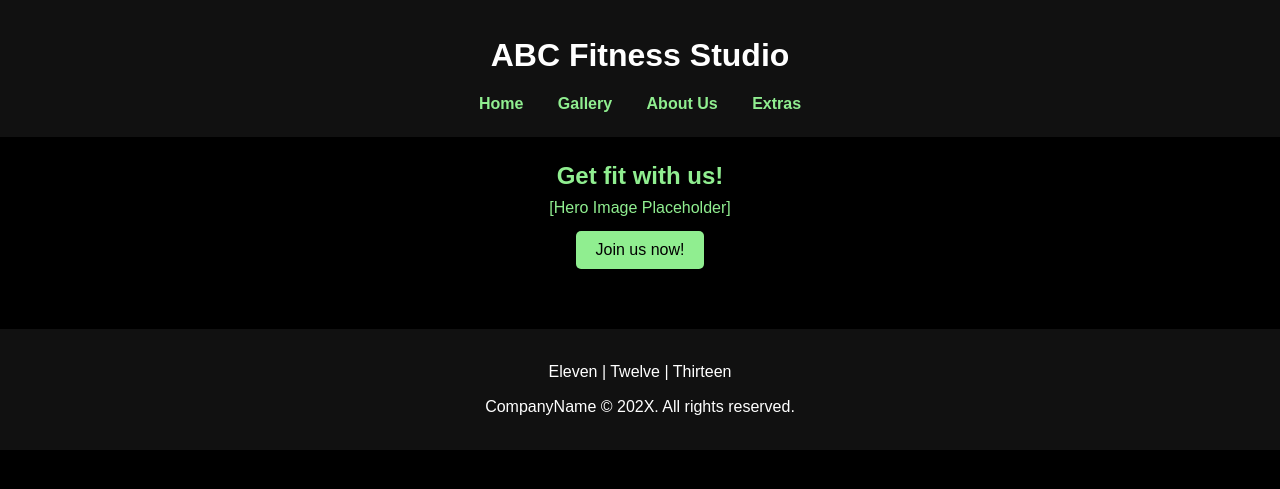
Repository: OhrRafaeloff/Web-Development-Project---ABC-Fitness-Studios
Page: index.html
These files come from the project's save history. The page is drawn as it stood at one moment and after the next save; the edit follows.
The browser window is 1280 px wide. The pictures show the whole page.

Above is the page before, as saved 2025-04-24 09:35:10.

### index.html
<!DOCTYPE html>
<html lang="en">
  <head>
    <meta charset="UTF-8" />
    <title>ABC Fitness Studio</title>
    <link rel="stylesheet" href="style.css" />
  </head>
  <body>
    <header>
      <h1>ABC Fitness Studio</h1>
      <nav>
        <a href="index.html">Home</a>
        <a href="gallery.html">Gallery</a>
        <a href="about-contact.html">About Us</a>
        <a href="extras.html">Extras</a>
      </nav>
    </header>

    <main>
      <section>
        <h2>Get fit with us!</h2>
        <p>[Hero Image Placeholder]</p>
        <button>Join us now!</button>
      </section>
    </main>

    <footer>
      <p>Eleven | Twelve | Thirteen</p>
      <p>CompanyName © 202X. All rights reserved.</p>
    </footer>
  </body>
</html>

<!-- Repeat similar structure for other pages, just changing the content inside <main> and <title> -->

### style.css
/* style.css — ABC Fitness Studio */

/* General Reset & Base Styles */
* {
  box-sizing: border-box;
  margin: 0;
  padding: 0;
}

body {
  font-family: Arial, sans-serif;
  background-color: #000;
  color: #90ee90;
  line-height: 1.6;
}

/* Header and Footer Styling */
header,
footer {
  background-color: #111;
  color: white;
  text-align: center;
  padding: 20px;
}

header h1,
footer p {
  margin: 10px 0;
}

/* Navigation Styling */
nav a {
  color: #90ee90;
  margin: 0 15px;
  text-decoration: none;
  font-weight: bold;
}

nav a:hover {
  text-decoration: underline;
}

/* Main Content Styling */
main {
  padding: 20px;
  text-align: center;
}

section {
  margin-bottom: 40px;
}

/* Buttons */
button {
  background-color: #90ee90;
  color: black;
  padding: 10px 20px;
  border: none;
  border-radius: 5px;
  font-size: 1rem;
  cursor: pointer;
  margin-top: 10px;
}

button:hover {
  background-color: #76d376;
}

/* Images */
img {
  width: 100%;
  max-width: 250px;
  height: auto;
  display: block;
  margin: 0 auto 10px;
  border: 2px solid #333;
}

/* Tables (Gallery Page) */
table {
  width: 100%;
  border-spacing: 20px;
  margin: 0 auto;
}

td {
  text-align: center;
}

/* Forms (About/Contact Page) */
form {
  max-width: 500px;
  margin: 0 auto;
  text-align: left;
}

label {
  display: block;
  margin-top: 10px;
  font-weight: bold;
}

input,
textarea {
  width: 100%;
  padding: 10px;
  margin-top: 5px;
  margin-bottom: 15px;
  border: 1px solid #ccc;
  border-radius: 4px;
  font-size: 1rem;
}

textarea {
  resize: vertical;
}

/* Blockquotes (Testimonials) */
blockquote {
  font-style: italic;
  margin: 20px auto;
  max-width: 600px;
  padding: 15px;
  background-color: #222;
  border-left: 5px solid #90ee90;
  color: #ccc;
}

Loaded but not shown: script.js (no stored copy; drawn as an empty file)

After the next save:
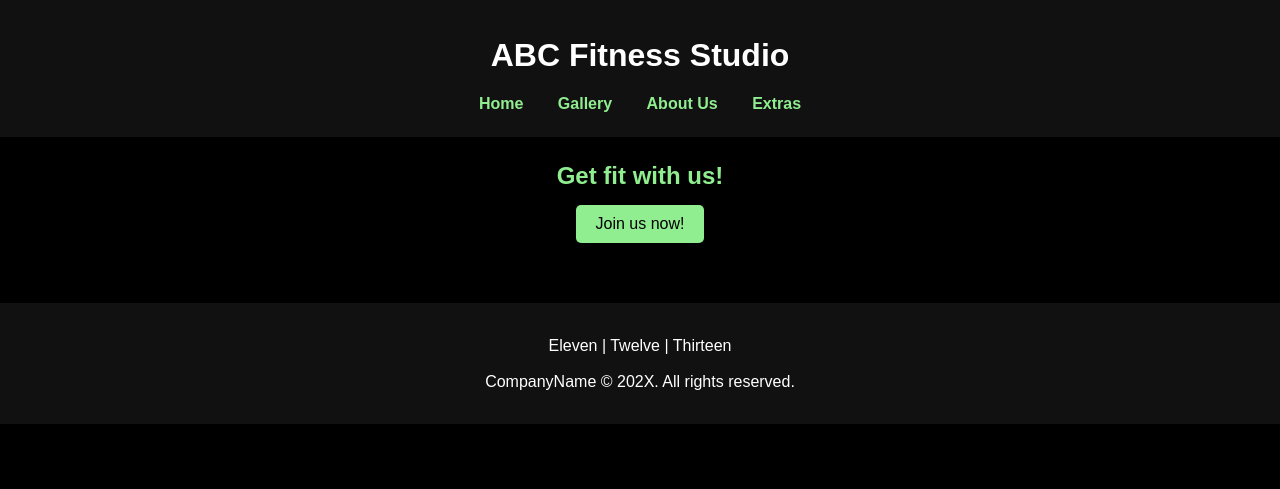
Saved 2 min 56 s later.
--- a/index.html
+++ b/index.html
@@ -2,8 +2,10 @@
 <html lang="en">
   <head>
     <meta charset="UTF-8" />
+    <meta name="viewport" content="width=device-width, initial-scale=1.0" />
     <title>ABC Fitness Studio</title>
     <link rel="stylesheet" href="style.css" />
+    <script defer src="script.js"></script>
   </head>
   <body>
     <header>
@@ -19,8 +21,8 @@
     <main>
       <section>
         <h2>Get fit with us!</h2>
-        <p>[Hero Image Placeholder]</p>
-        <button>Join us now!</button>
+        <p><!-- Hero Image Placeholder --></p>
+        <button id="subscribeBtn">Join us now!</button>
       </section>
     </main>
 
@@ -30,5 +32,3 @@
     </footer>
   </body>
 </html>
-
-<!-- Repeat similar structure for other pages, just changing the content inside <main> and <title> -->
